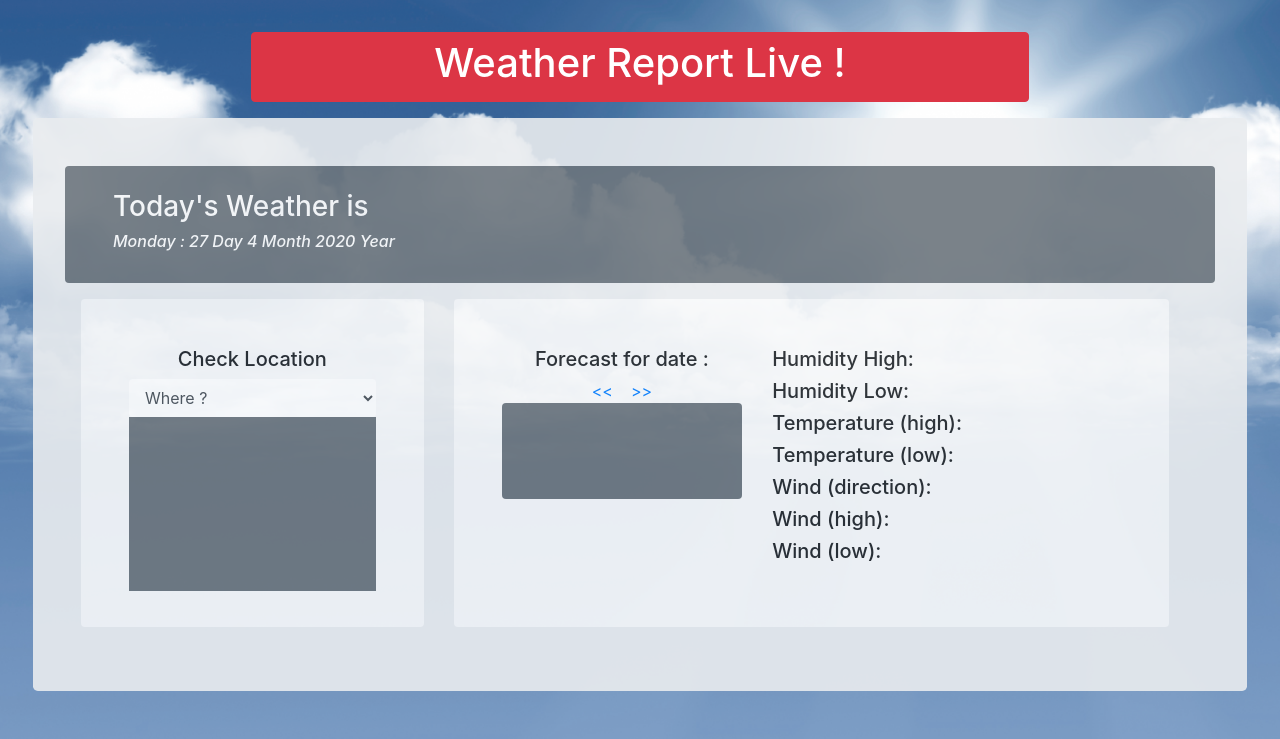
Repository: Code-Institute-Submissions/projectchen88-weatherForecast
Page: index.html
The author's editor kept a record of every edit. The page is drawn from the files as they stood at one moment, then again after the next edit.
The browser window is 1280 px wide. The pictures show the whole page.
The page's requests for data from a server got no answer.

Above is the page before.
Console error (its wording comes from the project's code and is left out).

After the next edit:
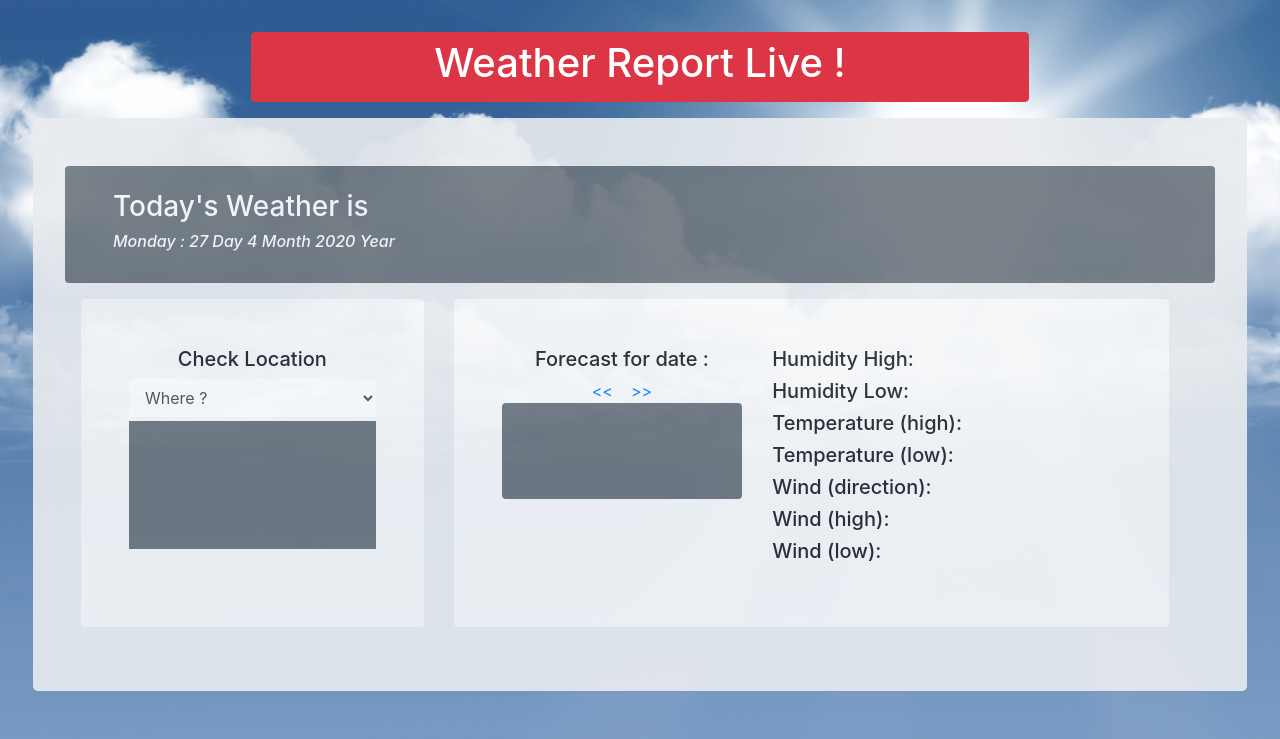
The edit:
--- a/index.html
+++ b/index.html
@@ -42,7 +42,7 @@
                                     <option>Where ?</option>
                                 </select>
                             </div>
-                            <div class='display-box p-2 bg-secondary'>
+                            <div class='mt-1 p-2 bg-secondary'>
                                 <!--<p id='weather' class='font-bolder text-light'></p>   -->
                                 <p class='p-5 bg-secondary text-light rounded font-weight-bolder' id='weather'></p>
 
